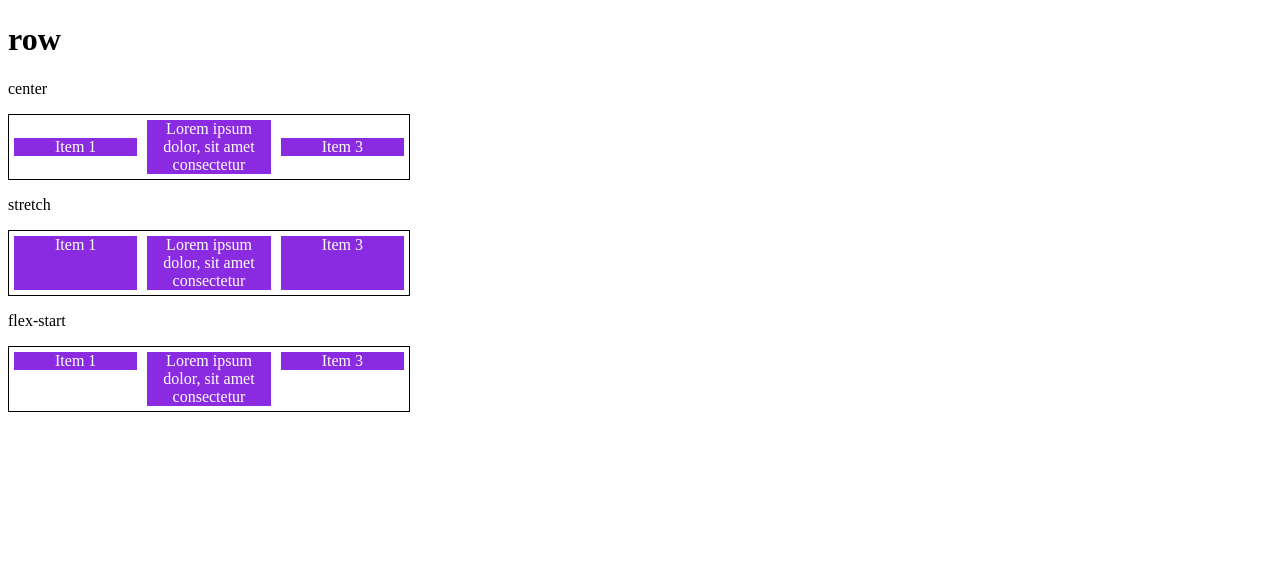
Repository: gabrielbino/projects-dio
Page: Flexbox/@align-items.html
The author's editor kept a copy of each file at every save. The page is drawn from the files as they stood at one save, then again after the next save.
The browser window is 1280 px wide. The pictures show the whole page.

Above is the page before, as saved 2021-10-22 18:08:29.

After the next save:
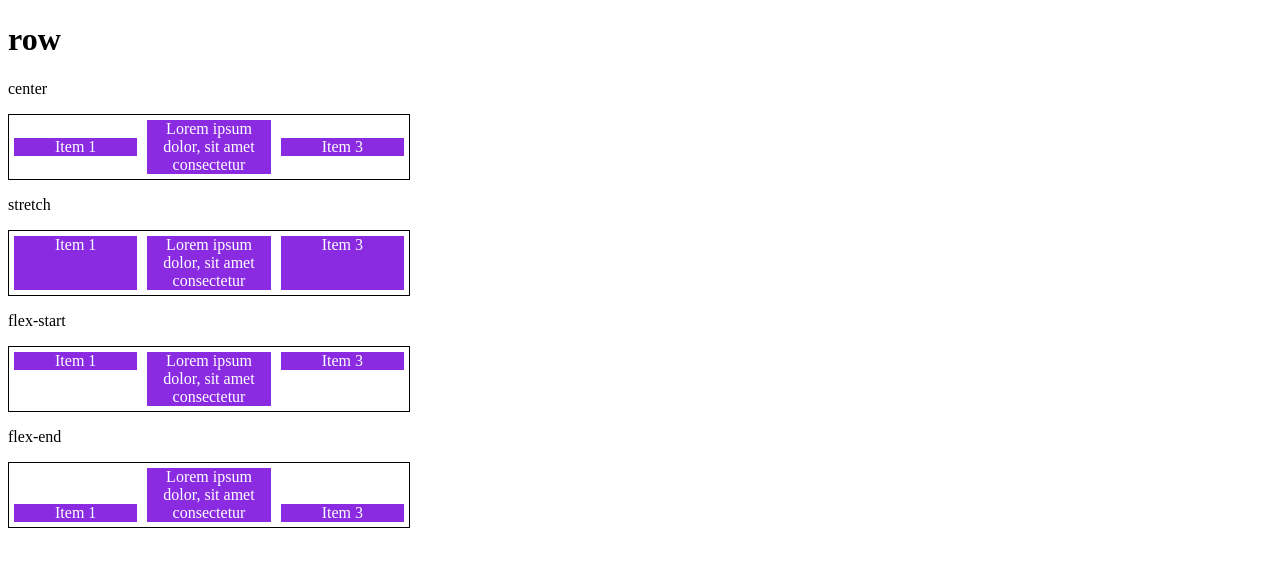
Saved 45 s later.
--- a/Flexbox/@align-items.html
+++ b/Flexbox/@align-items.html
@@ -30,6 +30,10 @@
       .flexStart {
         align-items: flex-start;
       }
+
+      .flexEnd {
+        align-items: flex-end;
+      }
     </style>
   </head>
   <body>
@@ -54,5 +58,12 @@
       <div class="item">Lorem ipsum dolor, sit amet consectetur</div>
       <div class="item">Item 3</div>
     </section>
+
+    <p>flex-end</p>
+    <section class="container flexEnd">
+      <div class="item">Item 1</div>
+      <div class="item">Lorem ipsum dolor, sit amet consectetur</div>
+      <div class="item">Item 3</div>
+    </section>
   </body>
 </html>
